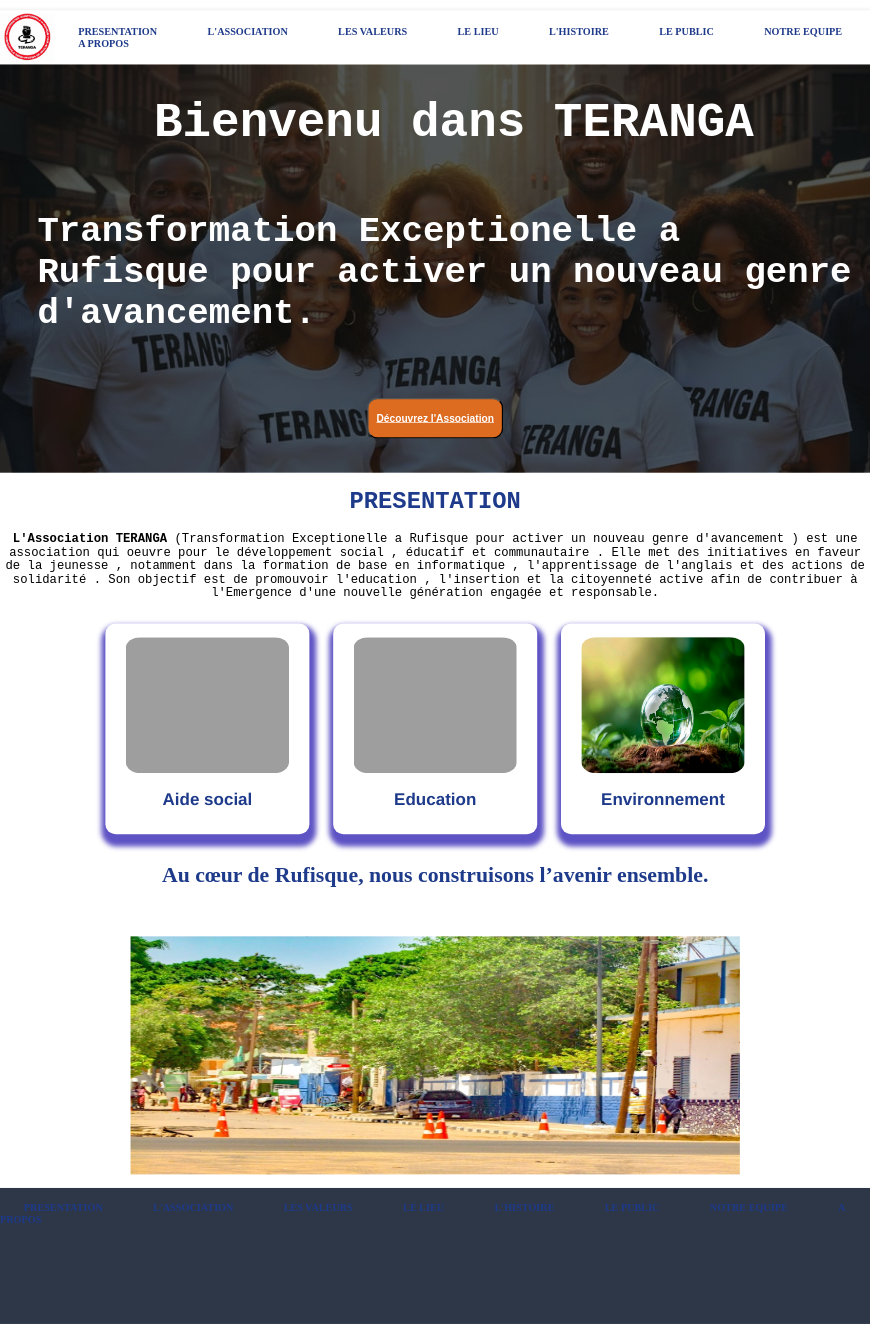
Repository: assanendao171/projet-teranga
Page: presentation.html
An editor plug-in stored every save of this project. The page is shown before and after a run of saves, followed by the edit.
The browser window is 1280 px wide. The pictures show the whole page, at 68% of full size.
Pictures or frames that could not be fetched are drawn as grey boxes.

Above is the page before, as saved 2026-02-11 15:56:59.

After the next 2 saves:
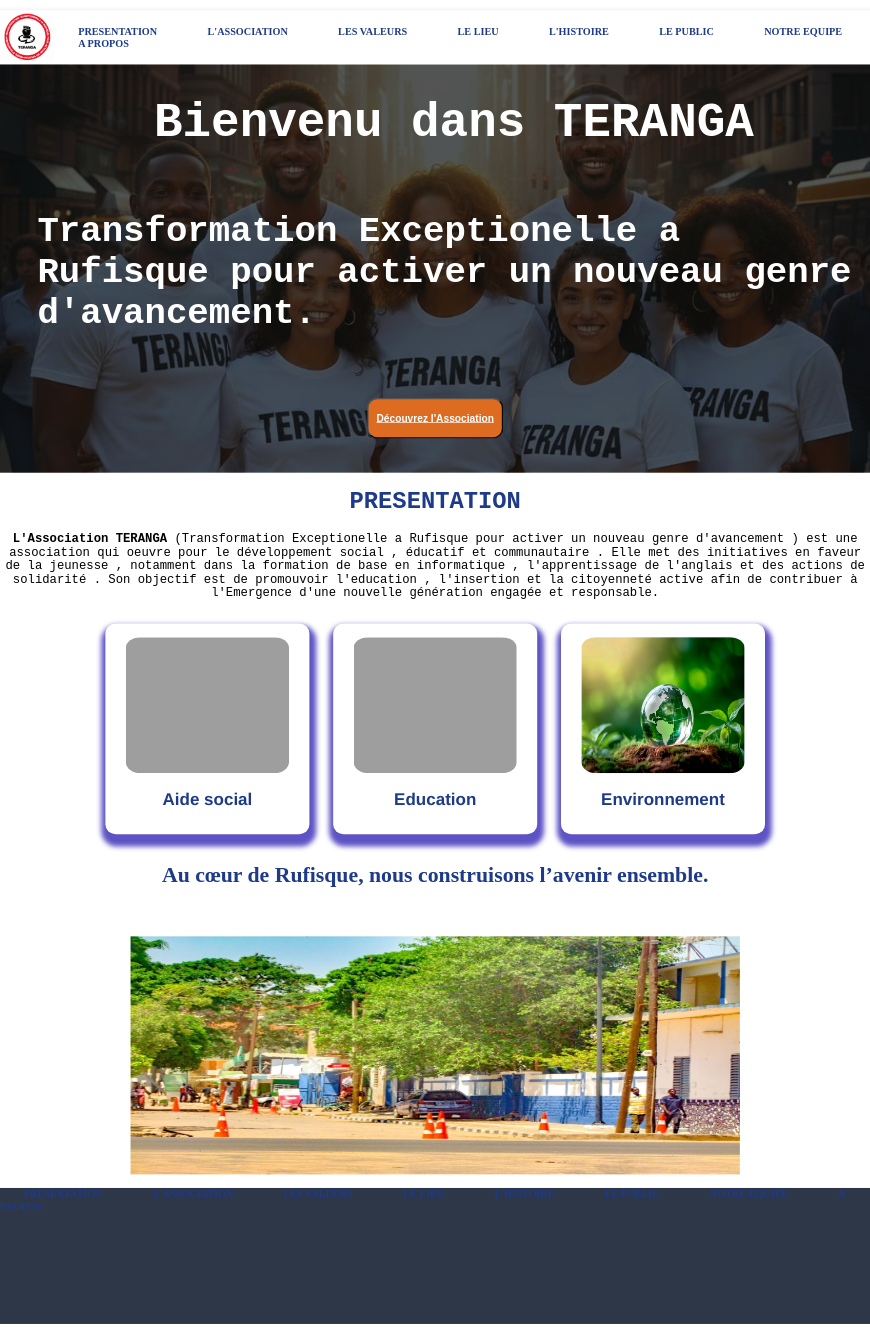
The 2 saves are shown as one change because they came seconds apart.
The last was saved 45 s later.
--- a/presentation.css
+++ b/presentation.css
@@ -136,5 +136,5 @@ footer{
     margin-top: 20px;
 }
 .btn-footer{
-    padding-top: 20px;
+    display: block;
 }

After the save that followed:
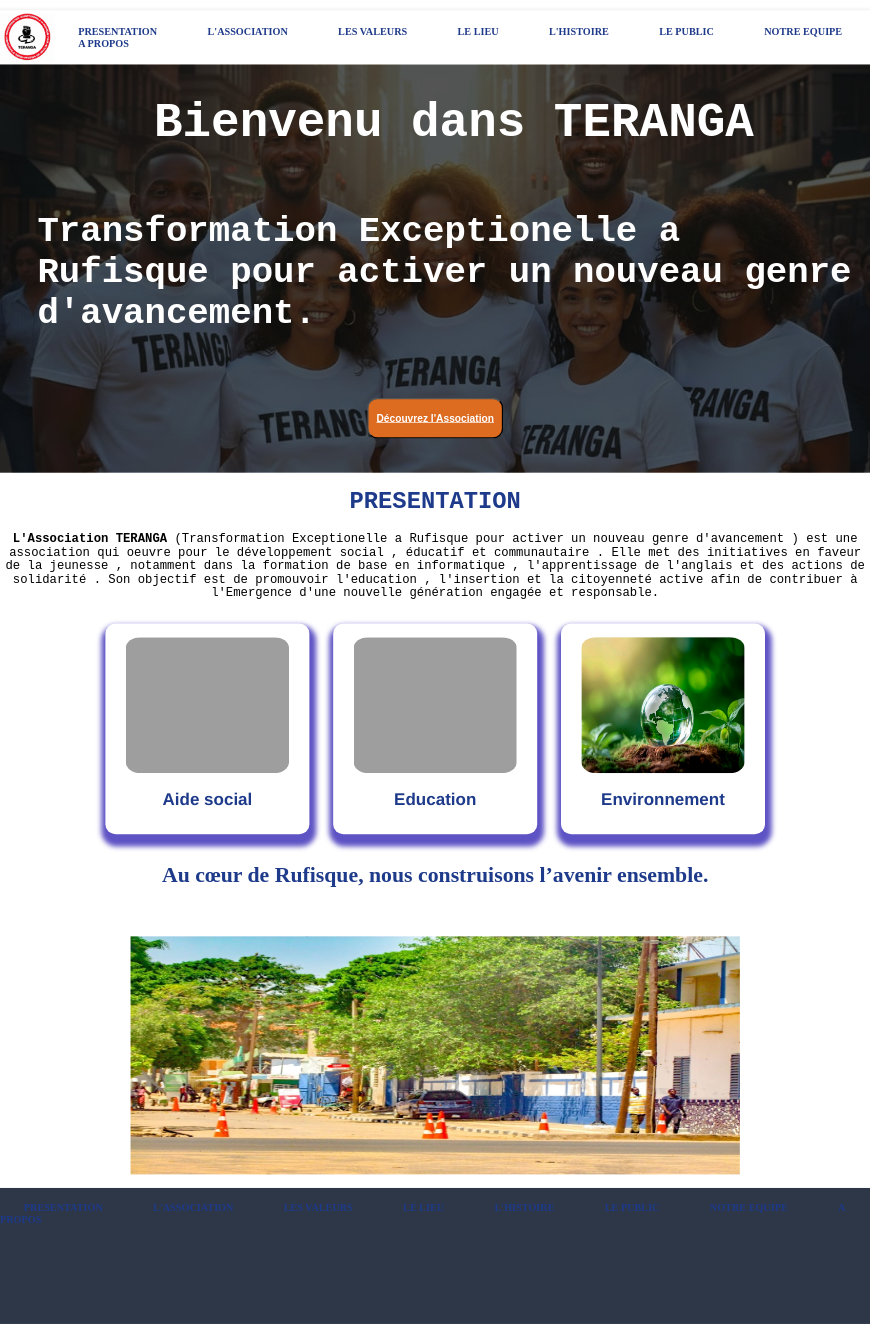
Saved 12 s later.
--- a/presentation.css
+++ b/presentation.css
@@ -136,5 +136,5 @@ footer{
     margin-top: 20px;
 }
 .btn-footer{
-    display: block;
+    padding-top: 20px;
 }
